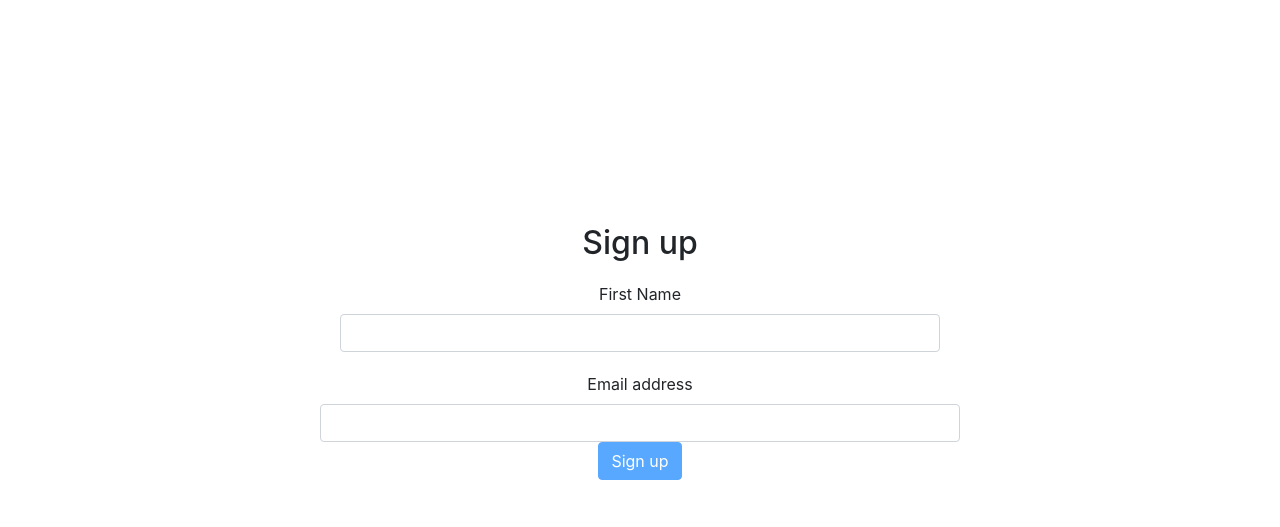
Repository: jklodge/react-form
Page: / (app in adzuna-form/)
An editor plug-in stored every save of this project. The page is shown before and after the next save, followed by the edit.
The browser window is 1280 px wide. The pictures show the whole page.
The project was rebuilt for these pictures with package versions that can differ from the ones it lists, and the page was loaded fresh each time.

Above is the page before, as saved 2020-01-08 23:10:45.

After the next save:
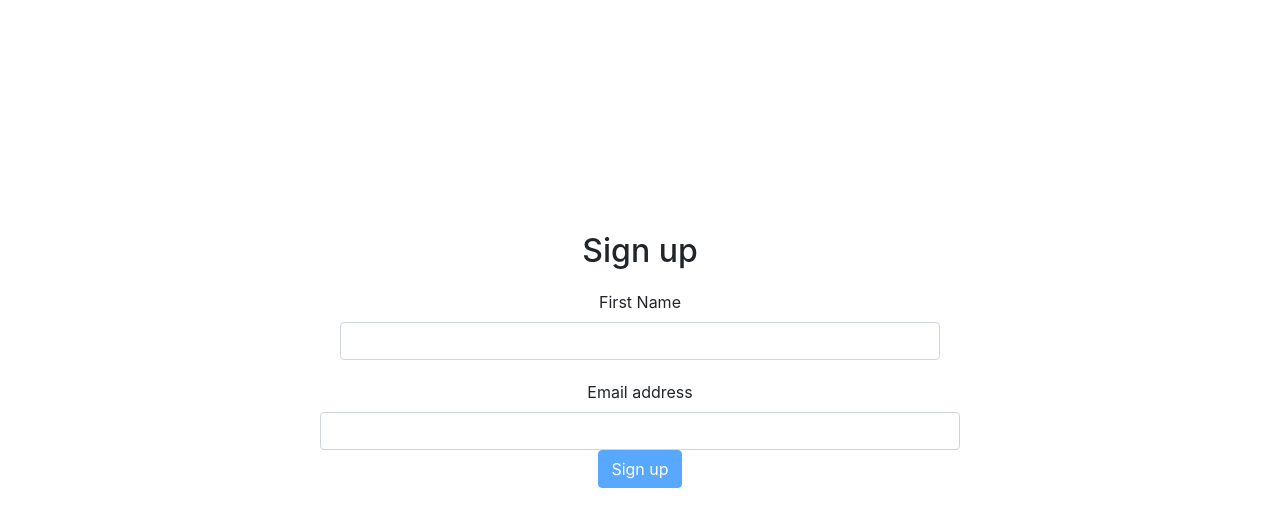
Saved 43 s later.
--- a/adzuna-form/src/Components/Form.js
+++ b/adzuna-form/src/Components/Form.js
@@ -104,9 +104,9 @@ class Form extends Component {
             Sign up
           </button>
         </form>
-        <p className="panel panel-default">
+        <div className="panel panel-default">
           <ErrorValidation errorValidation={this.state.errorValidation} />
-        </p>
+        </div>
       </div>
     );
   }
